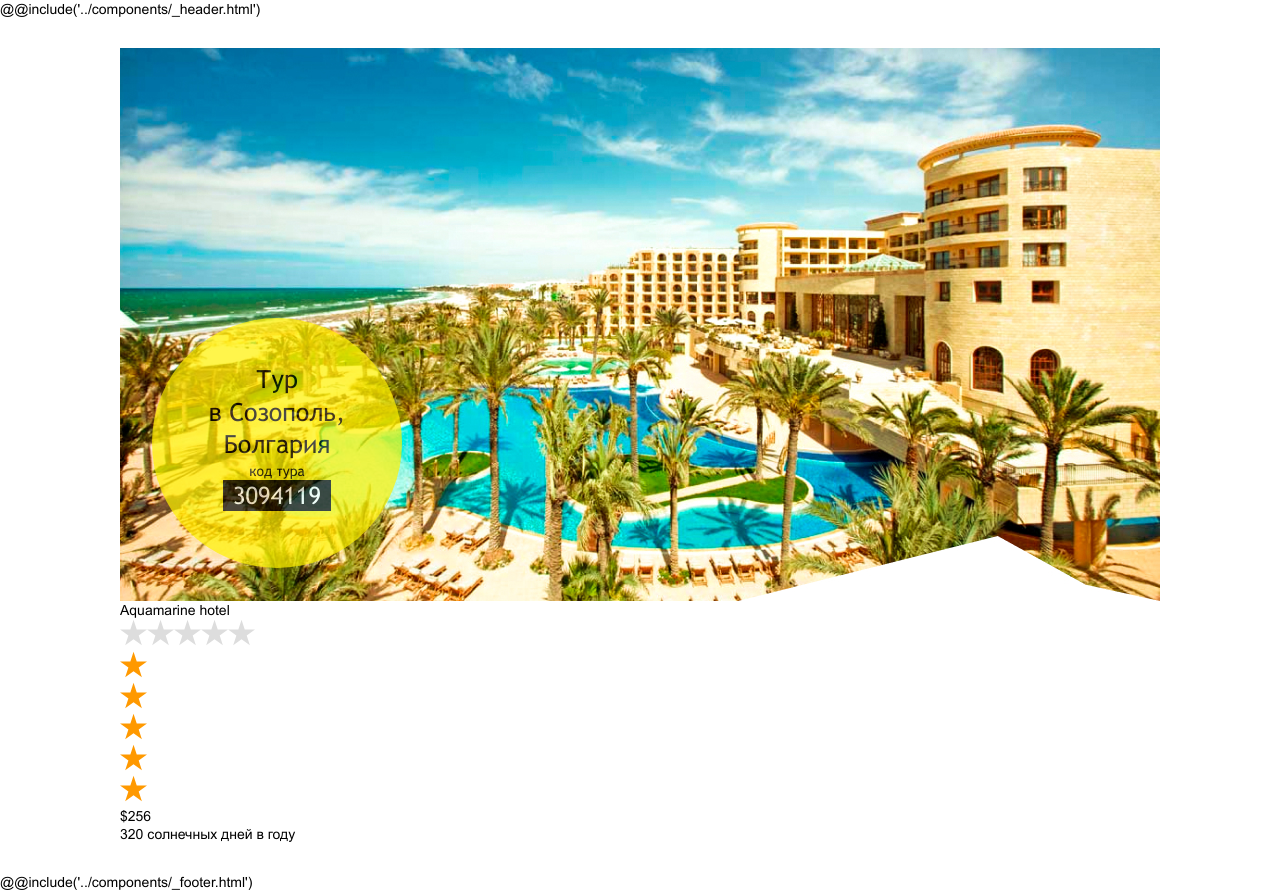
Repository: chekhunov/suntour
Page: app/html/pages/index.html
These files come from the project's save history. The page is drawn as it stood at one moment and after the next save; the edit follows.
The browser window is 1280 px wide. The pictures show the whole page.
Some web fonts or font styles are not loaded; a fallback is used. The style sheet was rebuilt from its Sass, Less or Tailwind sources for each picture, by a compiler version that may differ from the author's.

Above is the page before, as saved 2021-03-04 13:37:56.

### app/html/pages/index.html
<!DOCTYPE html>
<html lang="en">

<head>
  <meta charset="UTF-8">
  <meta name="viewport" content="width=device-width, initial-scale=1.0">
  <title>SunTour</title>
  <link rel="stylesheet" href="css/style.min.css?v=0.1">
</head>

<body>

  @@include('../components/_header.html')

  <main class="main">

    <section class="content">

      <div class="container">

        <article class="card-hotel" href="#">

          <div class="card-hotel__image" style="background-image: url('images/content/card-hotelbg.jpg');">

            <div class="card-hotel__box">

              <div class="card-hotel__tour">

                <div class="card-hotel__title-tour">

                  <span class="card-hotel__text">
                    Тур
                  </span>

                  <span class="card-hotel__text">
                    в Созополь, Болгария
                  </span>

                </div>


                <div class="card-hotel__code-tour">

                  код тура

                  <span class="card-hotel__code">

                    3094119

                  </span>

                </div>

              </div>

            </div>

          </div>

          <div class="card-hotel__content">

            <div class="card-hotel__item">

              <span class="card-hotel__title">

                Aquamarine hotel

              </span>

              <div class="star"></div>

              <span class="price">

                $256

              </span>

            </div>

            <div class="card-hotel__item">



            </div>

            <div class="card-hotel__sunday">

              <span class="card-hotel__day">

                320

              </span>

              солнечных дней в году

            </div>

          </div>


        </article>

      </div>

    </section>

  </main>

  @@include('../components/_footer.html')

  <script src="js/main.min.js"></script>

</body>

</html>

### app/scss/style.scss
@import 'vars';  //переменные для цвета для шрифта
@import 'fonts'; // подключение шрифтов
@import 'reset'; //сброс всех стилей
@import 'global'; // подключение глобальных стилей типо reset.css, то что на body для сылок
// @import 'media'; // адаптив
@import "mixins";

@import "components/header";
@import "components/card-hotel";
@import "home/home";

### app/scss/_vars.scss

%arial-400 {
  font-family: "Arial-Regular", sans-serif;
  font-weight: 400;
}

%arial-700 {
  font-family: "Arial-bold", sans-serif;
  font-weight: 700;
}

%trebuchetMS-700 {
  font-family: "TrebuchetMS-bold", sans-serif;
  font-weight: 700;
}

### app/scss/_fonts.scss
@font-face {
  font-family: "Arial-regular";
  font-weight: 400;
  font-style: normal;
  src: url("../fonts/Arial.woff2") format("woff2"),
    url("../fonts/Arial.woff") format("woff");
  font-display: swap; //самое оптимальное для пользователя при прогрузке шрифтов
}

@font-face {
  font-family: "Arial-bold";
  font-weight: 700;
  font-style: normal;
  src: url("../fonts/Arial.woff2") format("woff2"),
    url("../fonts/Arial.woff") format("woff");
  font-display: swap; //самое оптимальное для пользователя при прогрузке шрифтов
}

@font-face {
  font-family: "TrebuchetMS-bold";
  font-weight: 700;
  font-style: normal;
  src: url("../fonts/TrebuchetMS.woff2") format("woff2"),
    url("../fonts/TrebuchetMS.woff") format("woff");
  font-display: swap; //самое оптимальное для пользователя при прогрузке шрифтов
}

### app/scss/_reset.scss
/* Указываем box sizing */
/* плавный скроллинг по сайту */
/* scroll-behavior: smooth;  */
html {
  box-sizing: border-box;
}

*,
*::after,
*::before {
  box-sizing: inherit;
}

// только у них будет padding 0 если класса у них нет тогда padding будет не 0
ul,
ol {
  padding: 0;
}

/* Убираем внешние отступы */
body,
h1,
h2,
h3,
h4,
p,
ul[class],
ol[class],
li,
figure,
figcaption,
blockquote{
  margin: 0;
}

/* Выставляем основные настройки по-умолчанию для body */
body {
  min-height: 100vh;
  scroll-behavior: smooth;
  text-rendering: optimizeSpeed;
  line-height: 1.3;
}

/* Удаляем стандартную стилизацию для всех ul и il, у которых есть атрибут class*/
ul,
ol{
  list-style: none;
}

a {
  text-decoration: none;
}

/* Элементы a, у которых нет класса, сбрасываем до дефолтных стилей */
a:not([class]) {
  text-decoration-skip-ink: auto;
}

/* Упрощаем работу с изображениями */
img {
  max-width: 100%;
  display: block;
}

/* Указываем понятную периодичность в потоке данных у article*/
// article > * + * {
//   margin-top: 1em;
// }

/* Наследуем шрифты для инпутов и кнопок */
input,
button,
textarea,
select {
  font: inherit;
}

/* Удаляем все анимации и переходы для людей, которые предпочитай их не использовать */
@media (prefers-reduced-motion: reduce) {
  * {
    animation-duration: 0.01ms !important;
    animation-iteration-count: 1 !important;
    transition-duration: 0.01ms !important;
    scroll-behavior: auto !important;
  }
}

address {
  font-style: normal;
}

### app/scss/_global.scss
@import "mixins";

html,
body {
  height: 100%;
}

body {
  display: flex;
  flex-direction: column;
  font-size: 14px;
  color: black;
  background-color: white;
  @extend %arial-400;
}

// main {
//   @include _1200 {
//     position: relative;
//     transition: 0.5s;
//     z-index: 0;

//     &.main--active {
//       transform: translateX(-20%);
//     }
//   }

//   @include _560 {
//     top: 0;
//     &.main--active {
//       transform: translateX(-30%);
//     }
//   }
// }

.container {
  max-width: 1070px;
  margin: 0 auto;
  padding: 0 15px;
}

.main {
  flex-grow: 1;
}

a,
button {
  outline: transparent;
  cursor: pointer;
}

.uppercase {
  text-transform: uppercase;
}

.logo {
  &__img {
    max-width: 179px;
    max-height: 44px;
    object-fit: cover;
  }
}

### app/scss/_mixins.scss

@mixin _1500 {
  @media (max-width: 1500px) {
    @content;
  }
}

@mixin _1200 {
  @media (max-width: 1200px) {
    @content;
  }
}


@mixin _1024 {
  @media (max-width: 1024px) {
    @content;
  }
}

@mixin _860 {
  @media (max-width: 860px) {
    @content;
  }
}

@mixin _768 {
  @media (max-width: 768px) {
    @content;
  }
}


@mixin _560 {
  @media (max-width: 560px) {
    @content;
  }
}

@mixin _425 {
  @media (max-width: 425px) {
    @content;
  }
}

### app/scss/components/_header.scss
.header {
  width: 100%;
  height: 104px;
  padding: 30px 0;
  background-color: #00BFF3;
}

### app/scss/components/_card-hotel.scss
.card-hotel {
  &__image {
    max-width: 1040px;
    min-height: 553px;
    display: flex;
    justify-content: left;
    align-items: flex-end;
    background-repeat: no-repeat;
    background-position: top center;
    background-size: cover;
    object-fit: cover;
  }

  &__box {
    width: 250px;
    height: 250px;
    margin-left: 32px;
    margin-bottom: 33px;
    padding: 45px 0;
    display: flex;
    justify-content: center;
    align-items: center;
    background-color: #FFF200;
    opacity: 0.7;
    border-radius: 150px;
  }

  &__tour {
    width: 169px;
    height: 158px;
    padding-bottom: 15px;
    font-size: 25px;
    text-align: center;
    @extend %trebuchetMS-700;
  }

  &__title-tour {
    display: flex;
    flex-direction: column;
  }

  &__code-tour {
    display: flex;
    flex-direction: column;
    align-items: center;
    font-size: 14px;
  }

  &__code {
    width: 108px;
    height: 31px;
    font-size: 24px;
    background-color: black;
    color: white;
  }
}

### app/scss/home/_home.scss
@import "home/content";

### app/scss/home/_content.scss

.content {
  padding: 30px 0;
}

Loaded but not shown: app/js/main.min.js (library)

After the next save:
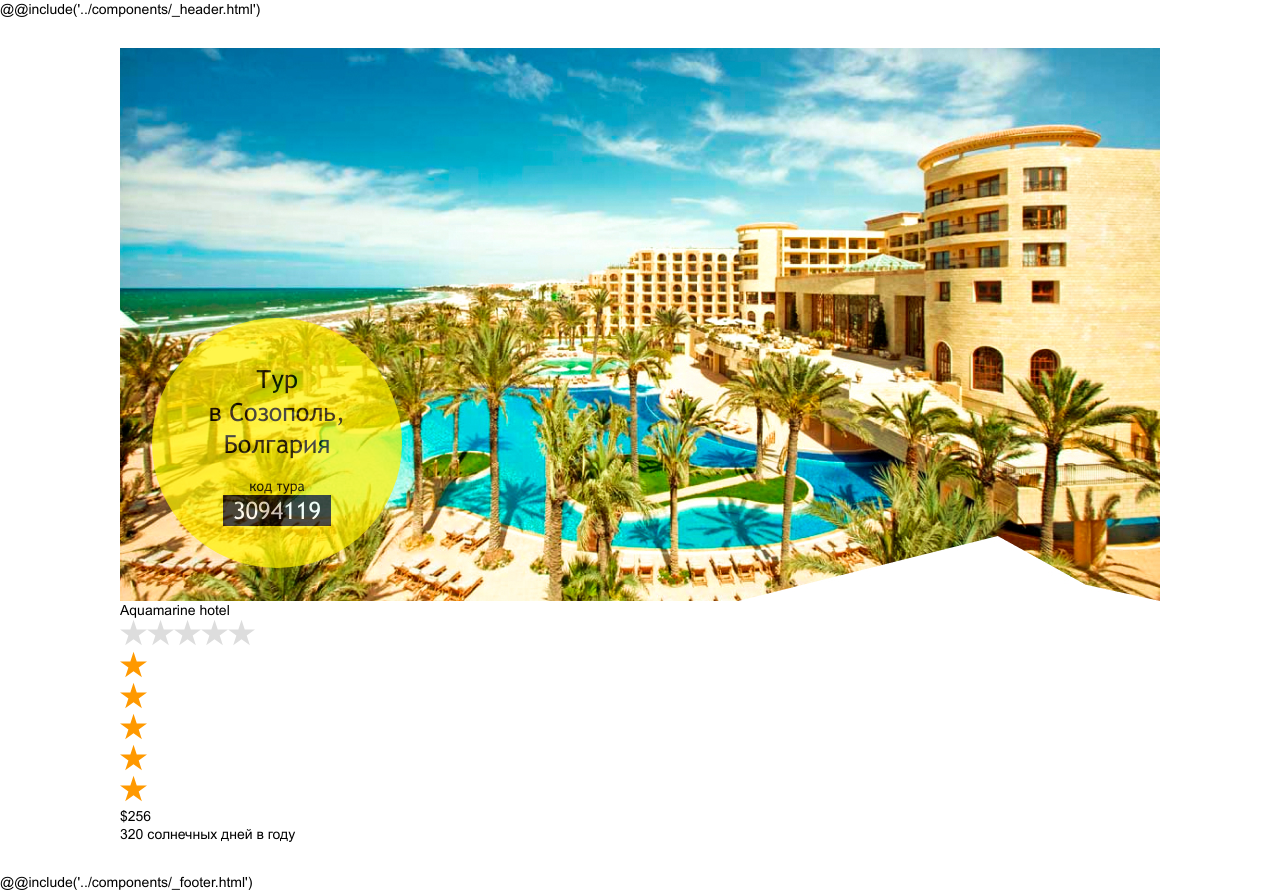
Saved 21 s later.
--- a/app/scss/components/_card-hotel.scss
+++ b/app/scss/components/_card-hotel.scss
@@ -28,7 +28,6 @@
   &__tour {
     width: 169px;
     height: 158px;
-    padding-bottom: 15px;
     font-size: 25px;
     text-align: center;
     @extend %trebuchetMS-700;
@@ -37,6 +36,7 @@
   &__title-tour {
     display: flex;
     flex-direction: column;
+      padding-bottom: 15px;
   }
 
   &__code-tour {
